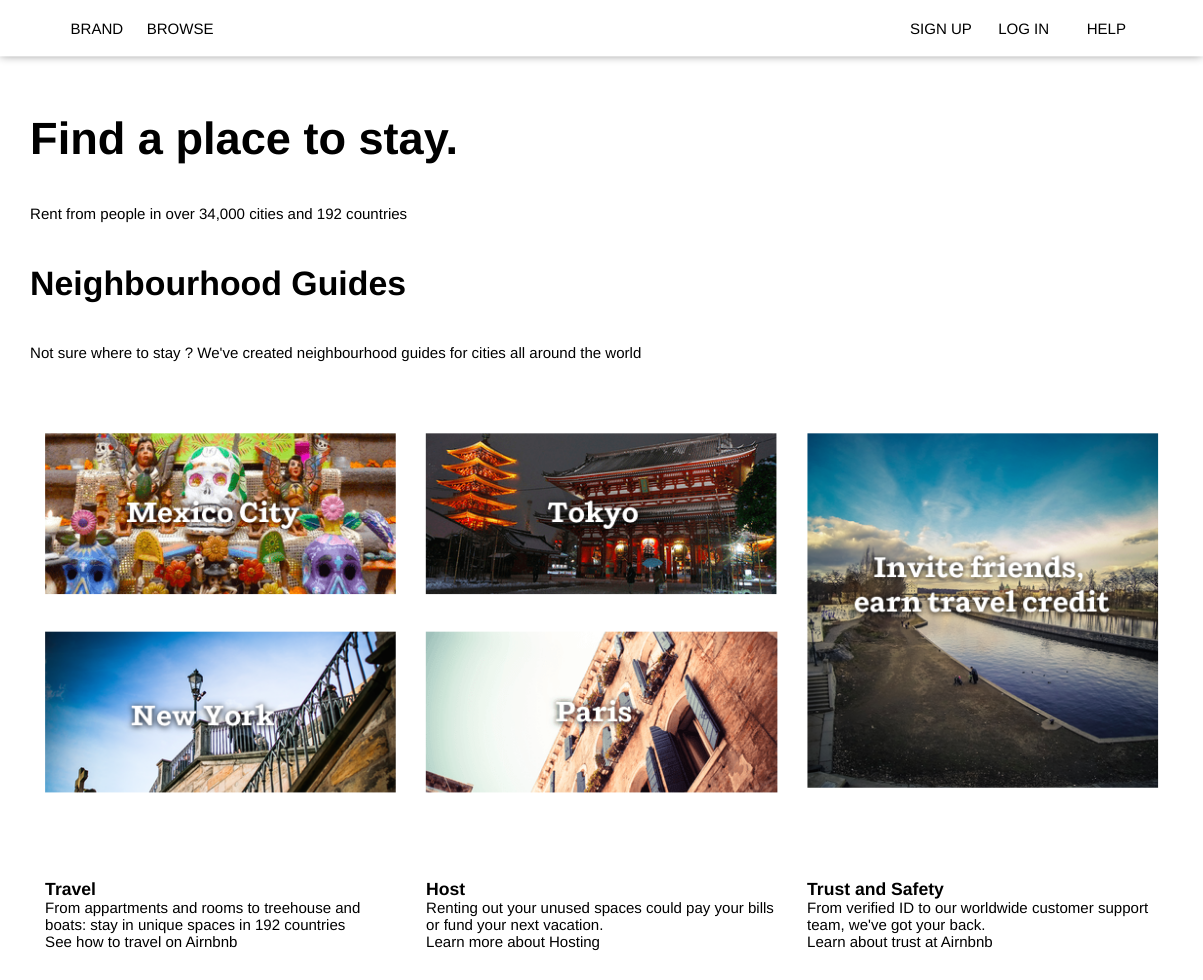
Repository: Naohonproject/web101x02-asm3
Page: Project3.html
These files come from the project's save history. The page is drawn as it stood at one moment and after the next save; the edit follows.
The browser window is 1280 px wide. The pictures show the whole page, at 94% of full size.

Above is the page before, as saved 2022-01-22 14:37:01.

After the next save:
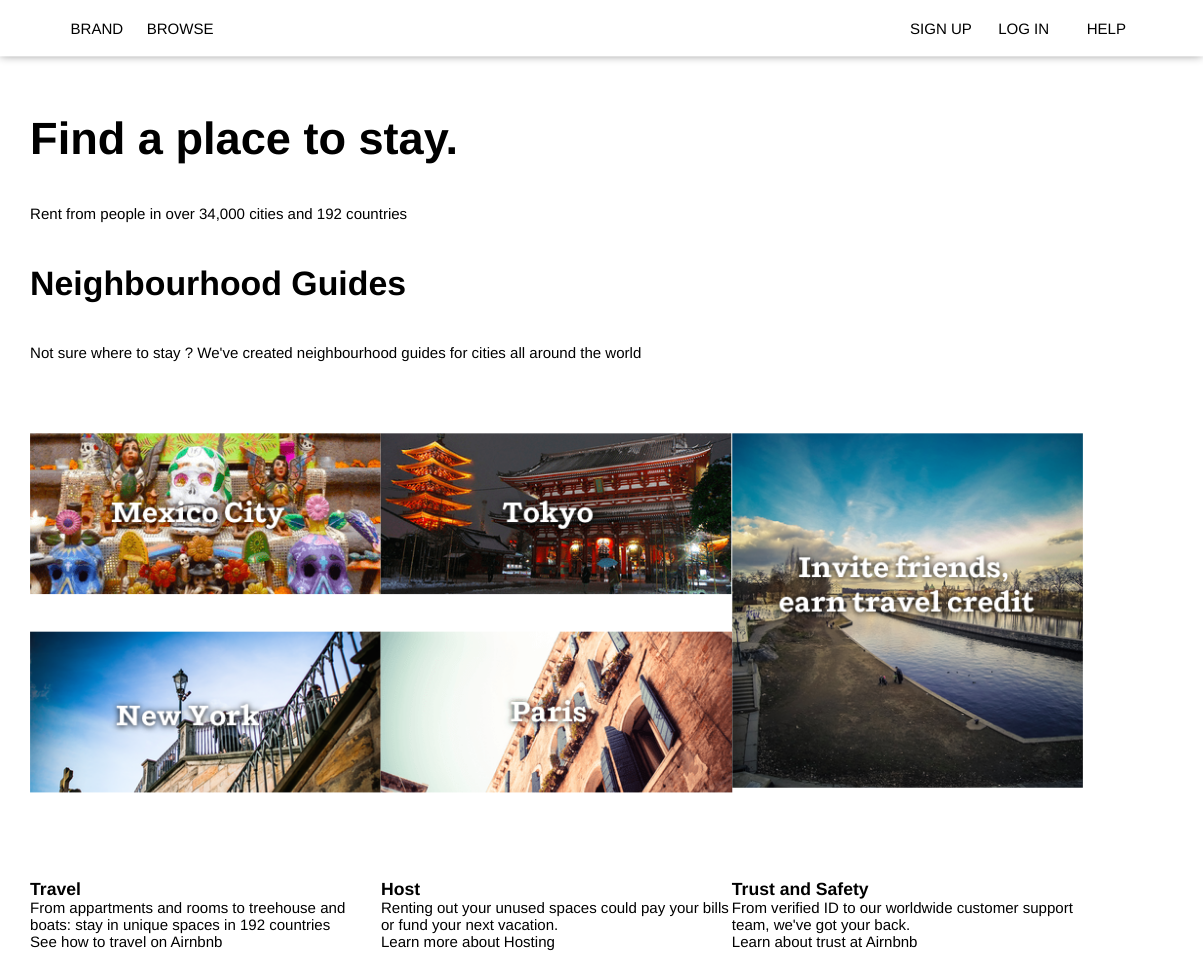
Saved 41 s later.
--- a/assets/css/responsive.css
+++ b/assets/css/responsive.css
@@ -109,6 +109,7 @@
 	.col-desktop-4 {
 		width: 33.33%;
 		padding: 0 16px;
+		margin: 0 -16px;
 	}
 	.col-desktop-5 {
 		width: 41.66%;
